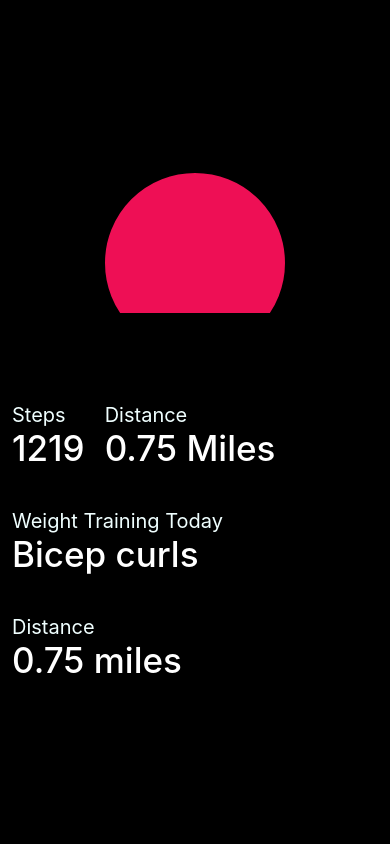
Repository: JamesPesenti/JiMTracker
Screen: /
These files come from the project's save history. The screen is drawn as it stood at one moment and after the next save; the edit follows.
The app was drawn by React Native's web renderer in a window 390 px wide. The project was rebuilt for these pictures with package versions that can differ from the ones it lists, and the page was loaded fresh each time.

Above is the screen before, as saved 2023-06-16 14:24:48.

### App.tsx
import { StatusBar } from 'expo-status-bar';
import { StyleSheet, Text, View } from 'react-native';
import Value from "./src/components/Value"
import RingProgress from './src/components/RingProgress';



export default function App() {
  return (
    <View style={styles.container}>
       <RingProgress />
       <View style={{flexDirection: "row", gap: 20}}>
          <Value label="Steps" value="1219" />
          <Value label="Distance" value="0.75 Miles" />
       </View>
          {/* Training */}
           <View>
              <Text style={styles.label}>Weight Training Today</Text>
              <Text style={styles.amount}>Bicep curls</Text>
           </View>

        <View style={{flexDirection: 'row'}}>
          {/* new */}
          <View>
              <Text style={styles.label}>Distance</Text>
              <Text style={styles.amount}>0.75 miles</Text>
          </View>
        </View>
      <StatusBar style="auto" />
    </View>
  );
}

const styles = StyleSheet.create({
  container: {
    flex: 1,
    backgroundColor: 'black',
    justifyContent: 'center',
    padding: 12,
    marginHorizontal: 0,
    gap: 40,
  },
  label: {
    color: "azure",
    fontSize: 20,
  },
  amount: {
    color: "white",
    fontSize: 35,
    fontWeight: "500"
  }
});

### src/components/Value.tsx
import { StyleSheet, Text, View } from 'react-native';

type ValueProps = {
  label: string;
  value: string;
}

const Value = ({ label, value }: ValueProps) => {
  return (
    <>
     <View>
      <Text style={styles.label}>{label}</Text>
      <Text style={styles.amount}>{value}</Text>
     </View>
    </>
  )
}

export default Value

const styles = StyleSheet.create({
   label: {
      color: "azure",
      fontSize: 20,
    },
    amount: {
      color: "white",
      fontSize: 35,
      fontWeight: "500"
    }
})

### src/components/RingProgress.tsx
import { StyleSheet, Text, View } from 'react-native'
import SVG, { Circle } from 'react-native-svg'

type RingProgressProps = {
   radius?: number;
   strokeWidth?: number;
}

const color = "#EE0F55"

const RingProgress = ({radius = 100, strokeWidth = 20}: RingProgressProps) => {
  return (
    <View style={{ width: radius * 2, height: radius * 2, alignSelf: "center"}}>
      <SVG>
         <Circle
            cx={radius}
            cy={radius}
            r={radius}
            fill={color}
            strokeWidth={strokeWidth}
            stroke={"black"}
         />
      </SVG>
    </View>
  )
}

export default RingProgress

const styles = StyleSheet.create({})

After the next save:
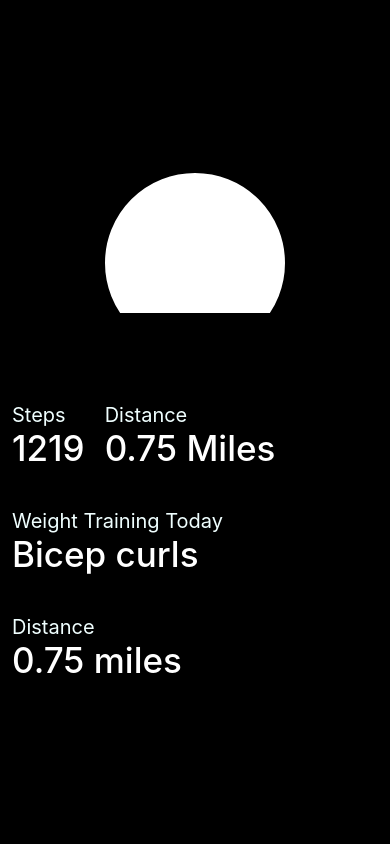
Saved 31 s later.
--- a/src/components/RingProgress.tsx
+++ b/src/components/RingProgress.tsx
@@ -16,7 +16,7 @@ const RingProgress = ({radius = 100, strokeWidth = 20}: RingProgressProps) => {
             cx={radius}
             cy={radius}
             r={radius}
-            fill={color}
+            fill={"white"}
             strokeWidth={strokeWidth}
             stroke={"black"}
          />
